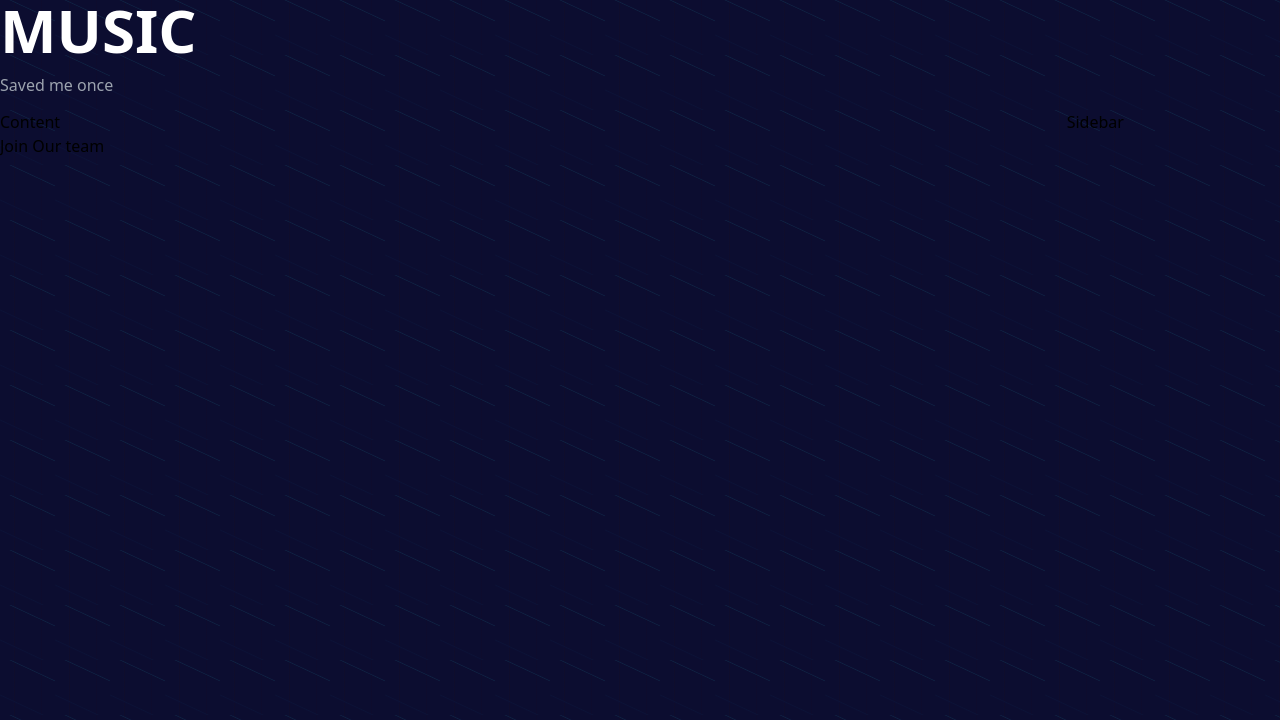
Repository: ItsMe-Pal/something
Page: index.html
An editor plug-in stored every save of this project. The page is shown before and after the next save, followed by the edit.
The browser window is 1280 px wide. The pictures show the whole page.
The style sheet was rebuilt from its Sass, Less or Tailwind sources for each picture, by a compiler version that may differ from the author's.

Above is the page before, as saved 2025-06-22 18:40:23.

### index.html
<!DOCTYPE html>
<html lang="en">
<head>
    <meta charset="UTF-8">
    <meta name="viewport" content="width=device-width, initial-scale=1.0">
    <title></title>

    <link rel="stylesheet" href="/manifest.json">

    <script src="https://cdn.jsdelivr.net/npm/@tailwindcss/browser@4"></script>
    <script src="https://code.jquery.com/jquery-3.7.1.js" integrity="sha256-eKhayi8LEQwp4NKxN+CfCh+3qOVUtJn3QNZ0TciWLP4=" crossorigin="anonymous"></script>

    <link rel="stylesheet" href="/styles/main.css">
</head>
<body>
    <div id="bg">

    <div class="relative flex gap-[2%] flex-wrap content-start">
        <div class="w-full h-[5%]">

                <span class="word1">MUSIC</span>
                <p class="word2">Saved me once</p>

        </div>
        <div class="grow h-3/4">Content</div>
        <div class="w-1/6 h-3/4">Sidebar</div>
        <div class="w-full h-[5%]">
            <button class="brutalist-button">
                <div class="-logo">

                </div>
                <div class="button-text">
                    <a href="http://">
                        <span>Join</span>
                        <span>Our team</span>
                    </a>
                </div>
              </button>

        </div>
      </div>

    </div>
    <script src="/src/main.js"></script>
</body>
</html>

### styles/main.scss
@use "./customs.scss";


#bg {
    position: relative;
    width: 100%;
    height: 100vh;
    --color: #001f3fe8;
    background-color: #001d33;
    background-image: linear-gradient(205deg, transparent 24%, var(--color) 25%, #0e7e87 26%, transparent 27%, transparent 74%, rgba(0, 58, 86, 0.9098039216) 75%, var(--color) 76%, transparent 77%, transparent), linear-gradient(90deg, transparent 24%, var(--color) 25%, rgba(27, 26, 17, 0.9098039216) 26%, transparent 27%, transparent 74%, rgba(19, 18, 19, 0.9098039216) 75%, var(--color) 76%, transparent 77%, transparent);
    background-size: 55px 55px;
  }
#bg:before {
    content: "";
    position: absolute;
    left: 0;
    top: 0;
    width: 100%;
    background-color: #100930c9;
    height: 100%;
}
  .word1 {
    font-size: 3.75rem;
    line-height: 1;
    font-weight: 700;
    color: #fff
  }
  .word2 {
    margin-top: 0.75rem;
    margin-bottom: 0.75rem;
    line-height: 1.625;
    color: rgba(156, 163, 175, 1);
  }

Loaded but not shown: manifest.json (58 lines, source omitted); src/main.js (6 lines, source omitted); styles/customs.scss (846 lines, source omitted)

After the next save:
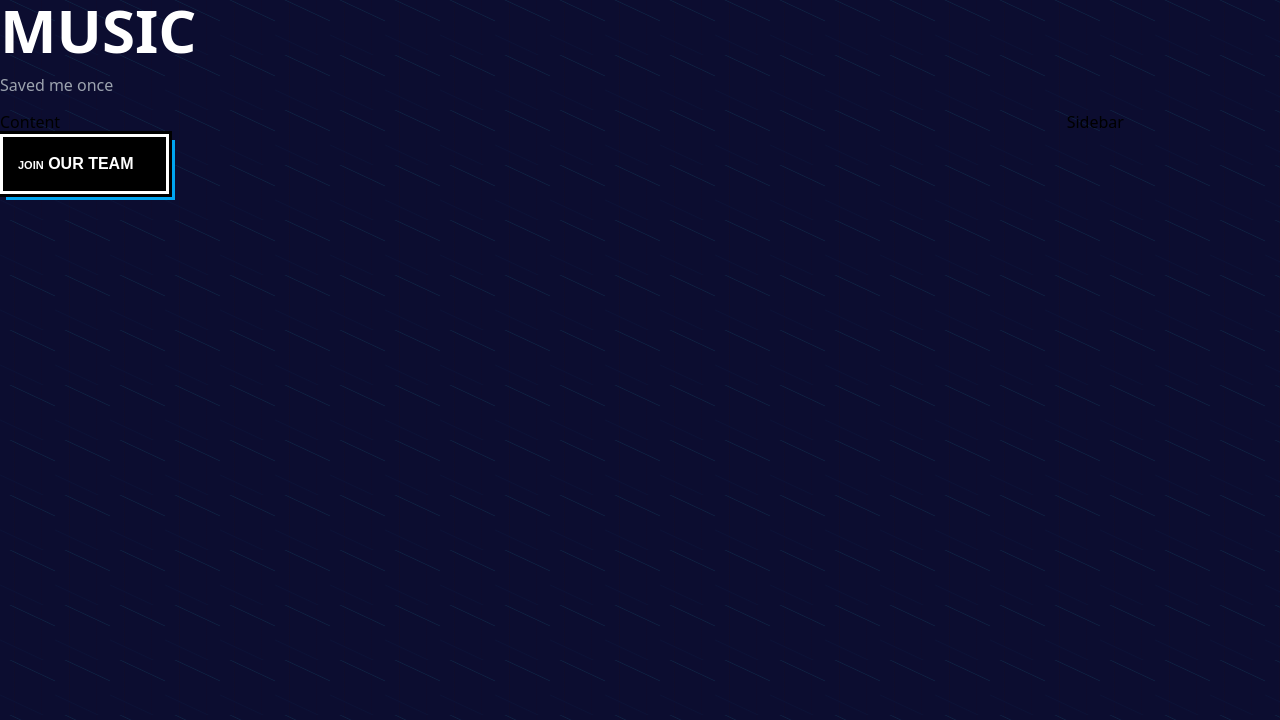
Saved 42 s later.
--- a/styles/main.scss
+++ b/styles/main.scss
@@ -31,3 +31,152 @@
     line-height: 1.625;
     color: rgba(156, 163, 175, 1);
   }
+
+
+  /* From Uiverse.io by 0xnihilism */
+.brutalist-button {
+    display: flex;
+    align-items: center;
+    cursor: pointer;
+    width: 169px;
+    height: 60px;
+    background-color: #000;
+    color: #fff;
+    text-decoration: none;
+    font-family: Arial, sans-serif;
+    font-weight: bold;
+    border: 3px solid #fff;
+    outline: 3px solid #000;
+    box-shadow: 6px 6px 0 #00a4ef;
+    transition: all 0.1s ease-out;
+    padding: 0 15px;
+    box-sizing: border-box;
+    position: relative;
+    overflow: hidden;
+  }
+
+  .brutalist-button::before {
+    content: "";
+    position: absolute;
+    top: 0;
+    left: -100%;
+    width: 100%;
+    height: 100%;
+    background: linear-gradient(
+      90deg,
+      transparent,
+      rgba(255, 255, 255, 0.8),
+      transparent
+    );
+    z-index: 1;
+    transition: none;
+    /* Initially hide the pseudo-element */
+    opacity: 0;
+  }
+
+  @keyframes slide {
+    0% {
+      left: -100%;
+    }
+    100% {
+      left: 100%;
+    }
+  }
+
+  .brutalist-button:hover::before {
+    /* Show the pseudo-element on hover */
+    opacity: 1;
+    animation: slide 2s infinite;
+  }
+
+  .brutalist-button:hover {
+    transform: translate(-4px, -4px);
+    box-shadow: 10px 10px 0 #000;
+    background-color: #000;
+    color: #fff;
+  }
+
+  @keyframes slide {
+    0% {
+      left: -100%;
+    }
+    100% {
+      left: 100%;
+    }
+  }
+
+  .brutalist-button:active {
+    transform: translate(4px, 4px);
+    box-shadow: 0px 0px 0 #00a4ef;
+    background-color: #fff;
+    color: #000;
+    border-color: #000;
+  }
+
+  /* Rest of the CSS remains the same */
+
+  .ms-logo {
+    display: grid;
+    grid-template-columns: repeat(2, 1fr);
+    gap: 1px;
+    width: 26px;
+    height: 26px;
+    margin-right: 8px;
+    flex-shrink: 0;
+    transition: transform 0.2s ease-out;
+    position: relative;
+    z-index: 1;
+  }
+
+  .brutalist-button:hover .ms-logo {
+    transform: rotate(-10deg) scale(1.1);
+  }
+
+  .brutalist-button:active .ms-logo {
+    transform: rotate(10deg) scale(0.9);
+  }
+
+  .ms-logo-square {
+    width: 100%;
+    height: 100%;
+  }
+
+  .ms-logo-square:nth-child(1) {
+    background-color: #f25022;
+  }
+  .ms-logo-square:nth-child(2) {
+    background-color: #7fba00;
+  }
+  .ms-logo-square:nth-child(3) {
+    background-color: #00a4ef;
+  }
+  .ms-logo-square:nth-child(4) {
+    background-color: #ffb900;
+  }
+
+  .button-text {
+    display: flex;
+    flex-direction: column;
+    line-height: 1.2;
+    transition: transform 0.2s ease-out;
+    position: relative;
+    z-index: 1;
+  }
+
+  .brutalist-button:hover .button-text {
+    transform: skew(-5deg);
+  }
+
+  .brutalist-button:active .button-text {
+    transform: skew(5deg);
+  }
+
+  .button-text span:first-child {
+    font-size: 11px;
+    text-transform: uppercase;
+  }
+
+  .button-text span:last-child {
+    font-size: 16px;
+    text-transform: uppercase;
+  }
